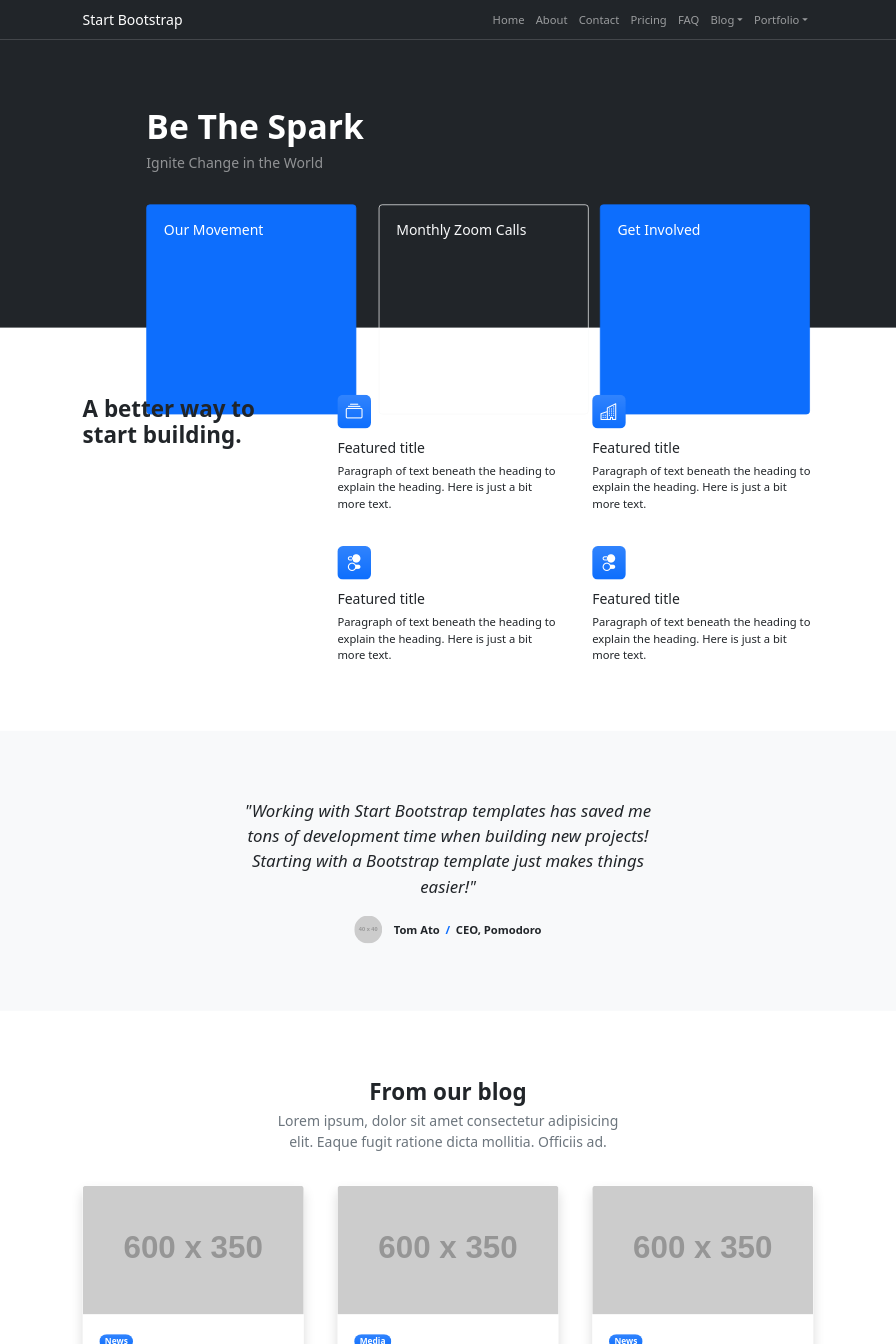
Repository: DragonFruit8/BeTheSpark
Page: index.html
These files come from the project's save history. The page is drawn as it stood at one moment and after a run of saves; the edit follows.
The browser window is 1280 px wide. The pictures show the part of the page from y = 0 to 1920 px (the page is 2612 px tall before and 2562 px after), at 70% of full size.

Above is the page before, as saved 2024-01-05 08:30:01.

### index.html
<!DOCTYPE html>
<html lang="en">
    <head>
        <meta charset="utf-8" />
        <meta name="viewport" content="width=device-width, initial-scale=1, shrink-to-fit=no" />
        <meta name="description" content="" />
        <meta name="author" content="" />
        <title>Modern Business - Start Bootstrap Template</title>
        <!-- Favicon-->
        <link rel="icon" type="image/x-icon" href="assets/favicon.ico" />
        <!-- Bootstrap icons-->
        <link href="https://cdn.jsdelivr.net/npm/bootstrap-icons@1.5.0/font/bootstrap-icons.css" rel="stylesheet" />
        <!-- Core theme CSS (includes Bootstrap)-->
        <link href="css/styles.css" rel="stylesheet" />
        <link href="css/home.css" rel="stylesheet" />
    </head>
    <body class="d-flex flex-column h-100">
        <main class="flex-shrink-0">
            <!-- Navigation-->
            <nav class="navbar navbar-expand-lg navbar-dark bg-dark">
                <div class="container px-5">
                    <a class="navbar-brand" href="index.html">Start Bootstrap</a>
                    <button class="navbar-toggler" type="button" data-bs-toggle="collapse" data-bs-target="#navbarSupportedContent" aria-controls="navbarSupportedContent" aria-expanded="false" aria-label="Toggle navigation"><span class="navbar-toggler-icon"></span></button>
                    <div class="collapse navbar-collapse" id="navbarSupportedContent">
                        <ul class="navbar-nav ms-auto mb-2 mb-lg-0">
                            <li class="nav-item"><a class="nav-link" href="index.html">Home</a></li>
                            <li class="nav-item"><a class="nav-link" href="about.html">About</a></li>
                            <li class="nav-item"><a class="nav-link" href="contact.html">Contact</a></li>
                            <li class="nav-item"><a class="nav-link" href="pricing.html">Pricing</a></li>
                            <li class="nav-item"><a class="nav-link" href="faq.html">FAQ</a></li>
                            <li class="nav-item dropdown">
                                <a class="nav-link dropdown-toggle" id="navbarDropdownBlog" href="#" role="button" data-bs-toggle="dropdown" aria-expanded="false">Blog</a>
                                <ul class="dropdown-menu dropdown-menu-end" aria-labelledby="navbarDropdownBlog">
                                    <li><a class="dropdown-item" href="blog-home.html">Blog Home</a></li>
                                    <li><a class="dropdown-item" href="blog-post.html">Blog Post</a></li>
                                </ul>
                            </li>
                            <li class="nav-item dropdown">
                                <a class="nav-link dropdown-toggle" id="navbarDropdownPortfolio" href="#" role="button" data-bs-toggle="dropdown" aria-expanded="false">Portfolio</a>
                                <ul class="dropdown-menu dropdown-menu-end" aria-labelledby="navbarDropdownPortfolio">
                                    <li><a class="dropdown-item" href="portfolio-overview.html">Portfolio Overview</a></li>
                                    <li><a class="dropdown-item" href="portfolio-item.html">Portfolio Item</a></li>
                                </ul>
                            </li>
                        </ul>
                    </div>
                </div>
            </nav>
            <!-- Header-->
            <header class="bg-dark py-5">
                <div class="container px-5">
                    <div class="row gx-5 align-items-center justify-content-center">
                        <div class="col-lg-8 col-xl-10 col-xxl-12">
                            <div class="my-5 text-center text-xl-start">
                                <h1 class="display-5 fw-bolder text-white mb-2">Be The Spark</h1>
                                <p class="lead fw-normal text-white-50 mb-4">Ignite Change in the World</p>
                                <div id="CTA" class="d-grid gap-3 d-sm-flex justify-content-sm-center justify-content-xl-start">
                                    <a class="btn btn-primary btn-lg px-4 me-sm-3" href="#features">Our Movement</a>
                                    <a class="btn btn-outline-light btn-lg px-4" href="#!">Monthly Zoom Calls</a>
                                    <a class="btn btn-primary btn-lg px-4 me-sm-3" href="#features">Get Involved </a>
                                </div>
                            </div>
                        </div>
                        <!-- <div class="col-xl-5 col-xxl-6 d-none d-xl-block text-center"><img class="img-fluid rounded-3 my-5" src="https://dummyimage.com/600x400/343a40/6c757d" alt="..." /></div> -->
                    </div>
                </div>
            </header>
            <!-- Features section-->
            <section class="py-5" id="features">
                <div class="container px-5 my-5">
                    <div class="row gx-5">
                        <div class="col-lg-4 mb-5 mb-lg-0"><h2 class="fw-bolder mb-0">A better way to start building.</h2></div>
                        <div class="col-lg-8">
                            <div class="row gx-5 row-cols-1 row-cols-md-2">
                                <div class="col mb-5 h-100">
                                    <div class="feature bg-primary bg-gradient text-white rounded-3 mb-3"><i class="bi bi-collection"></i></div>
                                    <h2 class="h5">Featured title</h2>
                                    <p class="mb-0">Paragraph of text beneath the heading to explain the heading. Here is just a bit more text.</p>
                                </div>
                                <div class="col mb-5 h-100">
                                    <div class="feature bg-primary bg-gradient text-white rounded-3 mb-3"><i class="bi bi-building"></i></div>
                                    <h2 class="h5">Featured title</h2>
                                    <p class="mb-0">Paragraph of text beneath the heading to explain the heading. Here is just a bit more text.</p>
                                </div>
                                <div class="col mb-5 mb-md-0 h-100">
                                    <div class="feature bg-primary bg-gradient text-white rounded-3 mb-3"><i class="bi bi-toggles2"></i></div>
                                    <h2 class="h5">Featured title</h2>
                                    <p class="mb-0">Paragraph of text beneath the heading to explain the heading. Here is just a bit more text.</p>
                                </div>
                                <div class="col h-100">
                                    <div class="feature bg-primary bg-gradient text-white rounded-3 mb-3"><i class="bi bi-toggles2"></i></div>
                                    <h2 class="h5">Featured title</h2>
                                    <p class="mb-0">Paragraph of text beneath the heading to explain the heading. Here is just a bit more text.</p>
                                </div>
                            </div>
                        </div>
                    </div>
                </div>
            </section>
            <!-- Testimonial section-->
            <div class="py-5 bg-light">
                <div class="container px-5 my-5">
                    <div class="row gx-5 justify-content-center">
                        <div class="col-lg-10 col-xl-7">
                            <div class="text-center">
                                <div class="fs-4 mb-4 fst-italic">"Working with Start Bootstrap templates has saved me tons of development time when building new projects! Starting with a Bootstrap template just makes things easier!"</div>
                                <div class="d-flex align-items-center justify-content-center">
                                    <img class="rounded-circle me-3" src="https://dummyimage.com/40x40/ced4da/6c757d" alt="..." />
                                    <div class="fw-bold">
                                        Tom Ato
                                        <span class="fw-bold text-primary mx-1">/</span>
                                        CEO, Pomodoro
                                    </div>
                                </div>
                            </div>
                        </div>
                    </div>
                </div>
            </div>
            <!-- Blog preview section-->
            <section class="py-5">
                <div class="container px-5 my-5">
                    <div class="row gx-5 justify-content-center">
                        <div class="col-lg-8 col-xl-6">
                            <div class="text-center">
                                <h2 class="fw-bolder">From our blog</h2>
                                <p class="lead fw-normal text-muted mb-5">Lorem ipsum, dolor sit amet consectetur adipisicing elit. Eaque fugit ratione dicta mollitia. Officiis ad.</p>
                            </div>
                        </div>
                    </div>
                    <div class="row gx-5">
                        <div class="col-lg-4 mb-5">
                            <div class="card h-100 shadow border-0">
                                <img class="card-img-top" src="https://dummyimage.com/600x350/ced4da/6c757d" alt="..." />
                                <div class="card-body p-4">
                                    <div class="badge bg-primary bg-gradient rounded-pill mb-2">News</div>
                                    <a class="text-decoration-none link-dark stretched-link" href="#!"><h5 class="card-title mb-3">Blog post title</h5></a>
                                    <p class="card-text mb-0">Some quick example text to build on the card title and make up the bulk of the card's content.</p>
                                </div>
                                <div class="card-footer p-4 pt-0 bg-transparent border-top-0">
                                    <div class="d-flex align-items-end justify-content-between">
                                        <div class="d-flex align-items-center">
                                            <img class="rounded-circle me-3" src="https://dummyimage.com/40x40/ced4da/6c757d" alt="..." />
                                            <div class="small">
                                                <div class="fw-bold">Kelly Rowan</div>
                                                <div class="text-muted">March 12, 2023 &middot; 6 min read</div>
                                            </div>
                                        </div>
                                    </div>
                                </div>
                            </div>
                        </div>
                        <div class="col-lg-4 mb-5">
                            <div class="card h-100 shadow border-0">
                                <img class="card-img-top" src="https://dummyimage.com/600x350/adb5bd/495057" alt="..." />
                                <div class="card-body p-4">
                                    <div class="badge bg-primary bg-gradient rounded-pill mb-2">Media</div>
                                    <a class="text-decoration-none link-dark stretched-link" href="#!"><h5 class="card-title mb-3">Another blog post title</h5></a>
                                    <p class="card-text mb-0">This text is a bit longer to illustrate the adaptive height of each card. Some quick example text to build on the card title and make up the bulk of the card's content.</p>
                                </div>
                                <div class="card-footer p-4 pt-0 bg-transparent border-top-0">
                                    <div class="d-flex align-items-end justify-content-between">
                                        <div class="d-flex align-items-center">
                                            <img class="rounded-circle me-3" src="https://dummyimage.com/40x40/ced4da/6c757d" alt="..." />
                                            <div class="small">
                                                <div class="fw-bold">Josiah Barclay</div>
                                                <div class="text-muted">March 23, 2023 &middot; 4 min read</div>
                                            </div>
                                        </div>
                                    </div>
                                </div>
                            </div>
                        </div>
                        <div class="col-lg-4 mb-5">
                            <div class="card h-100 shadow border-0">
                                <img class="card-img-top" src="https://dummyimage.com/600x350/6c757d/343a40" alt="..." />
                                <div class="card-body p-4">
                                    <div class="badge bg-primary bg-gradient rounded-pill mb-2">News</div>
                                    <a class="text-decoration-none link-dark stretched-link" href="#!"><h5 class="card-title mb-3">The last blog post title is a little bit longer than the others</h5></a>
                                    <p class="card-text mb-0">Some more quick example text to build on the card title and make up the bulk of the card's content.</p>
                                </div>
                                <div class="card-footer p-4 pt-0 bg-transparent border-top-0">
                                    <div class="d-flex align-items-end justify-content-between">
                                        <div class="d-flex align-items-center">
                                            <img class="rounded-circle me-3" src="https://dummyimage.com/40x40/ced4da/6c757d" alt="..." />
                                            <div class="small">
                                                <div class="fw-bold">Evelyn Martinez</div>
                                                <div class="text-muted">April 2, 2023 &middot; 10 min read</div>
                                            </div>
                                        </div>
                                    </div>
                                </div>
                            </div>
                        </div>
                    </div>
                    <!-- Call to action-->
                    <aside class="bg-primary bg-gradient rounded-3 p-4 p-sm-5 mt-5">
                        <div class="d-flex align-items-center justify-content-between flex-column flex-xl-row text-center text-xl-start">
                            <div class="mb-4 mb-xl-0">
                                <div class="fs-3 fw-bold text-white">New products, delivered to you.</div>
                                <div class="text-white-50">Sign up for our newsletter for the latest updates.</div>
                            </div>
                            <div class="ms-xl-4">
                                <div class="input-group mb-2">
                                    <input class="form-control" type="text" placeholder="Email address..." aria-label="Email address..." aria-describedby="button-newsletter" />
                                    <button class="btn btn-outline-light" id="button-newsletter" type="button">Sign up</button>
                                </div>
                                <div class="small text-white-50">We care about privacy, and will never share your data.</div>
                            </div>
                        </div>
                    </aside>
                </div>
            </section>
        </main>
        <!-- Footer-->
        <footer class="bg-dark py-4 mt-auto">
            <div class="container px-5">
                <div class="row align-items-center justify-content-between flex-column flex-sm-row">
                    <div class="col-auto"><div class="small m-0 text-white">Copyright &copy; Your Website 2023</div></div>
                    <div class="col-auto">
                        <a class="link-light small" href="#!">Privacy</a>
                        <span class="text-white mx-1">&middot;</span>
                        <a class="link-light small" href="#!">Terms</a>
                        <span class="text-white mx-1">&middot;</span>
                        <a class="link-light small" href="#!">Contact</a>
                    </div>
                </div>
            </div>
        </footer>
        <!-- Bootstrap core JS-->
        <script src="https://cdn.jsdelivr.net/npm/bootstrap@5.2.3/dist/js/bootstrap.bundle.min.js"></script>
        <!-- Core theme JS-->
        <script src="js/scripts.js"></script>
    </body>
</html>

### css/home.css
#CTA a{
    display: flex;
    min-height:300px;
    min-width: 300px;
    padding: 20px;
    margin-top: 20px;
    margin-bottom: 20px;
    border-radius: 5px;
}

@media (mn-width: 1080px) {
    #CTA > a{
        display: inline-flex;
        flex-direction: row;
        min-height:100px !important;
        min-width: 100px !important;
        padding: 20px;
        border-radius: 5px;
    }

}

@media (min-width: 1080px) {
    #CTA{
        display: inline-flex;
        flex-direction: row;
        height:50px;
        width: 100px;
        min-height:100px;
        min-width: 200px;
        border-radius: 5px;
    }
}

/* @media (min-width: 1080px) {
    #CTA a{
        display: inline-flex;
        flex-direction: row;
        min-height:100px;
        min-width: 200px;
        margin-top: 20px;
        margin-bottom: 20px;
        border-radius: 5px;
    }
} */

Loaded but not shown: css/styles.css (library); js/scripts.js (common file)

After the next 3 saves:
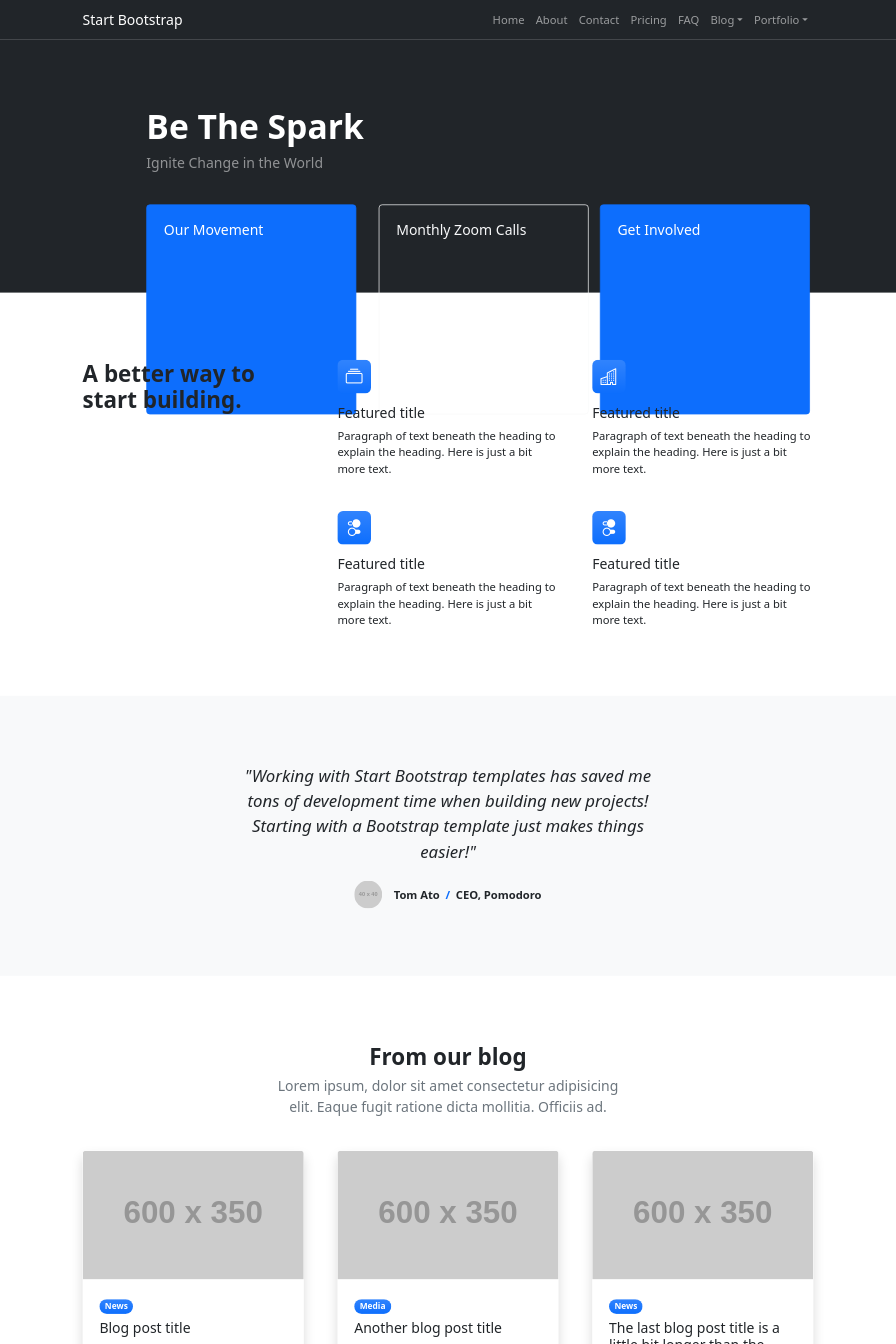
The 3 saves are shown as one change because they came seconds apart.
The last was saved 12 s later.
--- a/css/home.css
+++ b/css/home.css
@@ -26,8 +26,8 @@
         flex-direction: row;
         height:50px;
         width: 100px;
-        min-height:100px;
-        min-width: 200px;
+        min-height:50px;
+        min-width: 100px;
         border-radius: 5px;
     }
 }
